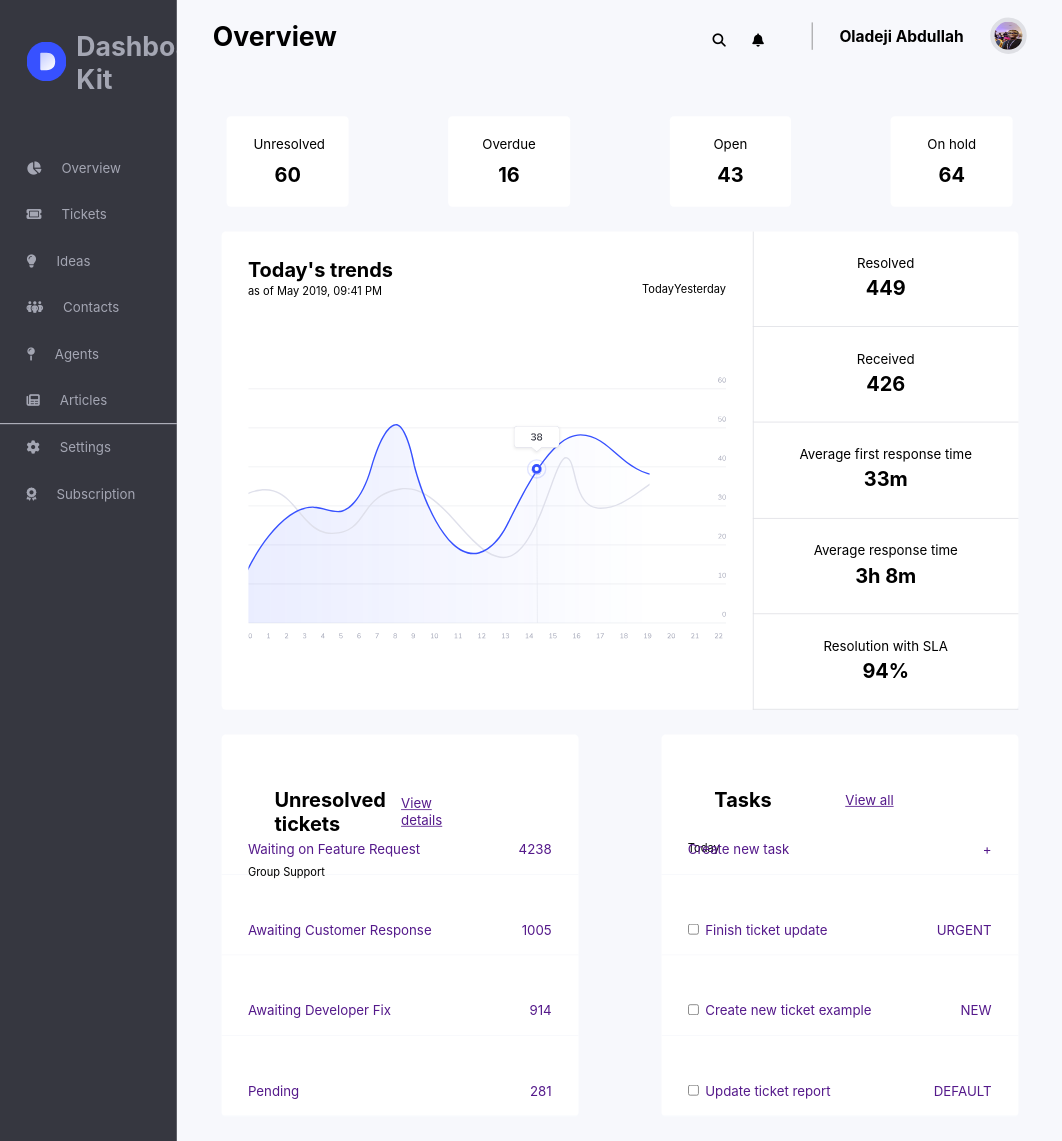
Repository: BuduCE/dashboard
Page: /
The author's editor kept a copy of each file at every save. The page is drawn from the files as they stood at one save, then again after the next save.
The browser window is 1280 px wide. The pictures show the whole page, at 83% of full size.
Some web libraries are served in a nearby version. The project was rebuilt for these pictures with package versions that can differ from the ones it lists, and the page was loaded fresh each time. Also part of the build but not shown: src/pages/Tickets/index.jsx.

Above is the page before, as saved 2022-08-06 00:09:16.

After the next save:
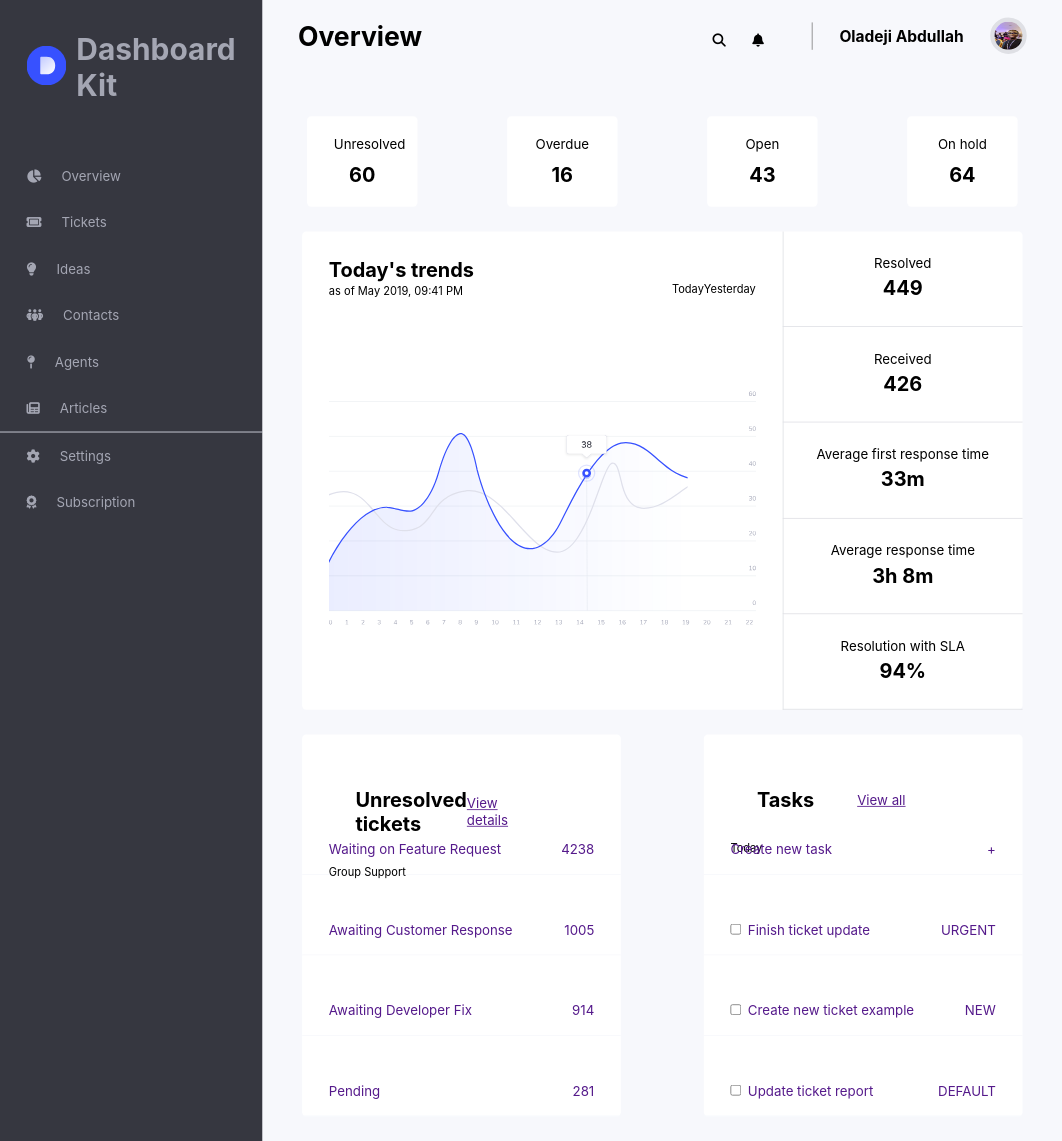
Saved 27 s later.
--- a/src/components/common/SideNav/styles.css
+++ b/src/components/common/SideNav/styles.css
@@ -14,7 +14,7 @@
 }
 .logo h1{
     margin-left: 12px;
-    width: 36px;
+    font-size: 36px;
 }
 .heading{
     width: 100%;
